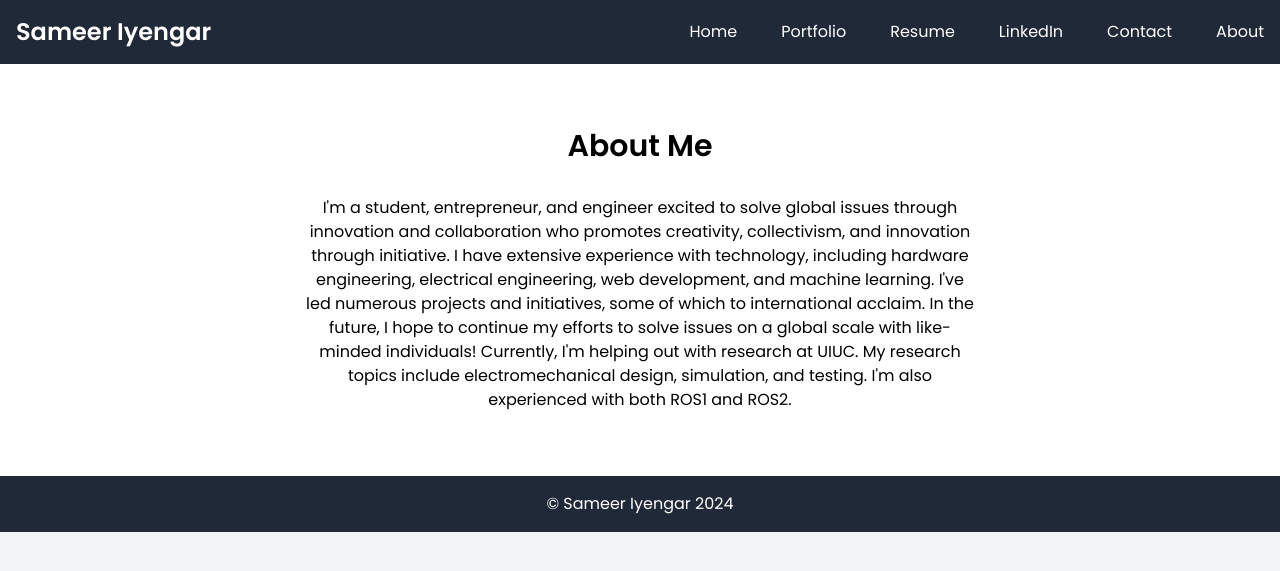
Repository: siyengar04/siyengar04.github.io
Page: about.html
These files come from the project's save history. The page is drawn as it stood at one moment and after the next save; the edit follows.
The browser window is 1280 px wide. The pictures show the whole page.
Some web libraries are served in a nearby version.

Above is the page before, as saved 2024-11-01 13:41:57.

After the next save:
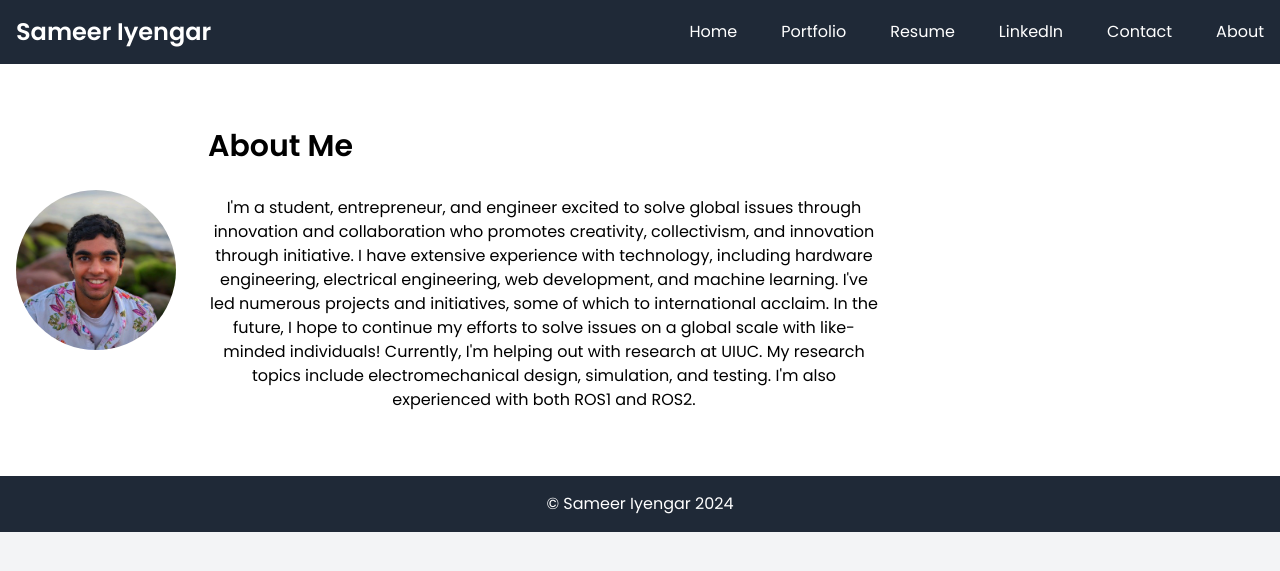
Saved 71 s later.
--- a/about.html
+++ b/about.html
@@ -38,11 +38,13 @@
             </nav>
         </div>
     </header>
-
     <section id="about" class="about py-16 bg-white">
-        <div class="container mx-auto px-4">
-            <h2 class="text-3xl font-bold mb-8 text-center">About Me</h2>
-            <p class="text-center max-w-2xl mx-auto">I'm a student, entrepreneur, and engineer excited to solve global issues through innovation and collaboration who promotes creativity, collectivism, and innovation through initiative. I have extensive experience with technology, including hardware engineering, electrical engineering, web development, and machine learning. I've led numerous projects and initiatives, some of which to international acclaim. In the future, I hope to continue my efforts to solve issues on a global scale with like-minded individuals! Currently, I'm helping out with research at UIUC. My research topics include electromechanical design, simulation, and testing. I'm also experienced with both ROS1 and ROS2. </p>
+        <div class="container mx-auto px-4 flex flex-col md:flex-row items-center">
+            <img src="images/profile.jpg" alt="Profile Picture" class="w-40 h-40 rounded-full mb-8 md:mb-0 md:mr-8">
+            <div class="text-center md:text-left">
+                <h2 class="text-3xl font-bold mb-8">About Me</h2>
+                <p class="text-center max-w-2xl mx-auto">I'm a student, entrepreneur, and engineer excited to solve global issues through innovation and collaboration who promotes creativity, collectivism, and innovation through initiative. I have extensive experience with technology, including hardware engineering, electrical engineering, web development, and machine learning. I've led numerous projects and initiatives, some of which to international acclaim. In the future, I hope to continue my efforts to solve issues on a global scale with like-minded individuals! Currently, I'm helping out with research at UIUC. My research topics include electromechanical design, simulation, and testing. I'm also experienced with both ROS1 and ROS2. </p>
+            </div>
         </div>
     </section>
 
